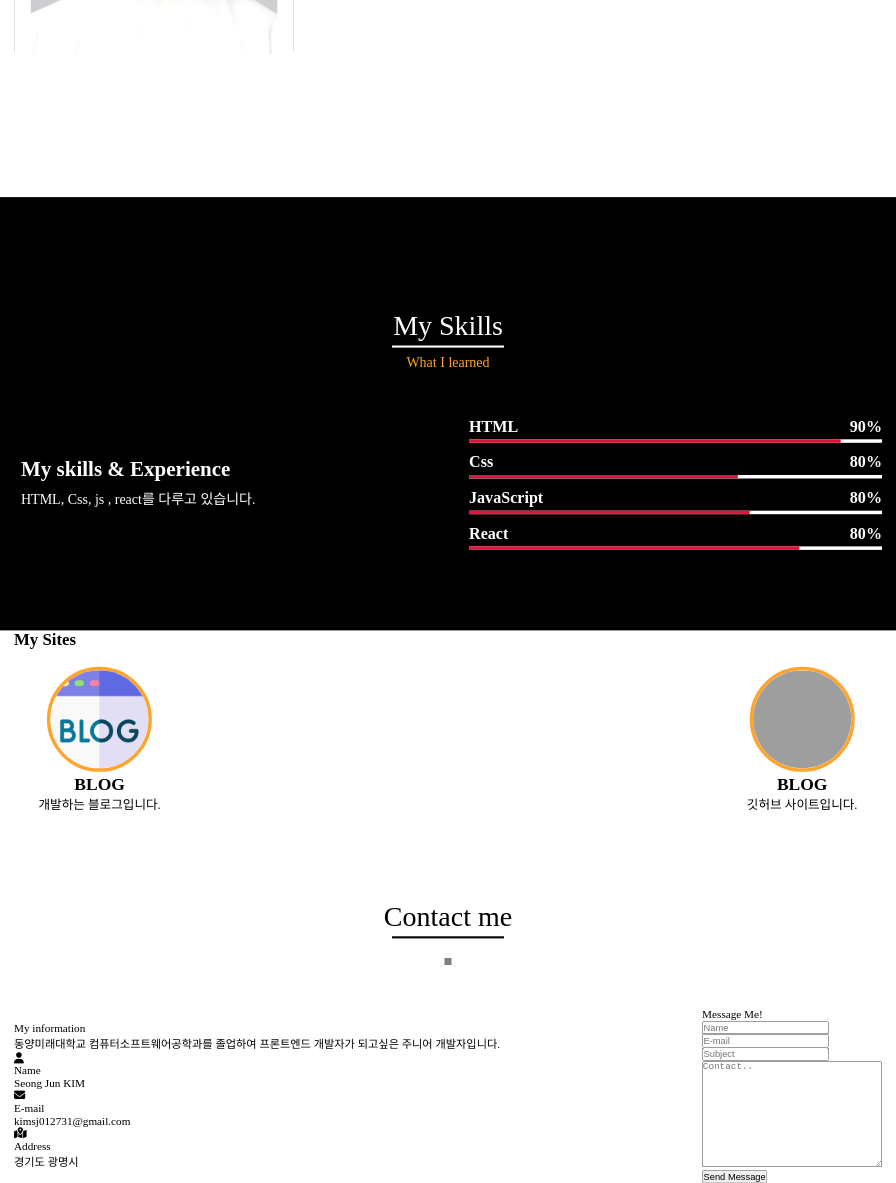
Repository: jun01270/jun
Page: index.html
The author's editor kept a copy of each file at every save. The page is drawn from the files as they stood at one save, then again after the next save.
The browser window is 1280 px wide. The pictures show the part of the page from y = 1402 to 3322 px (the page is 3092 px tall before and 3322 px after), at 70% of full size.
Pictures or frames that could not be fetched are drawn as grey boxes. Some web libraries are served in a nearby version.

Above is the page before, as saved 2023-05-10 17:08:16.

### index.html
<!DOCTYPE html>
<html lang="en">
  <head>
    <meta charset="UTF-8" />
    <meta http-equiv="X-UA-Compatible" content="IE=edge" />
    <meta name="viewport" content="width=device-width, initial-scale=1.0" />
    <link rel="stylesheet" href="./css/style.css" />
    <link rel="stylesheet" href="./css/home.css" />
    <link rel="stylesheet" href="./css/about.css" />
    <link rel="stylesheet" href="./css/skills.css" />
    <link rel="stylesheet" href="./css/mysites.css" />
    <link rel="stylesheet" href="./css/contact.css" />

    <script
      src="https://kit.fontawesome.com/252eac6dbf.js"
      crossorigin="anonymous"
    ></script>
    <title>Jun's site</title>
  </head>
  <body>
    <nav class="navbar">
      <div class="max-width">
        <div class="logo">
          <a href="#home">Jun's <span>Site</span></a>
        </div>
        <ul class="menu-bar">
          <li><a href="#home" class="menu-btn" id="homeID">Home</a></li>
          <li><a href="#about" class="menu-btn" id="homeID">About</a></li>
          <li><a href="#skills" class="menu-btn">Skills</a></li>
          <li><a href="#my-sites" class="menu-btn">My Sties</a></li>
          <li><a href="#contact" class="menu-btn">Contact</a></li>
        </ul>
      </div>
    </nav>

    <!--home섹션-->
    <section class="home" id="home">
      <div class="max-width">
        <div class="home-section">
          <div class="text-1">Hello! My Name is</div>
          <div class="text-2">Seong Jun KIM</div>
          <div class="text-3">My skills <span class="typing1">HTML</span></div>
        </div>
      </div>
    </section>

    <!--about섹션-->
    <section class="about" id="about">
      <div class="max-width">
        <h2 class="title">About</h2>
        <div class="about-content">
          <div class="left-column"><img src="./img/profile.jpg" /></div>
          <div class="right-column">
            <div class="about-text">I'm Seong Jun KIM</div>
            <div class="about-skills">
              My skills <span class="typing2">HTML</span>
            </div>
            <p>
              안녕하세요 프론트엔드 개발자를 꿈꾸는 주니어 개발자 김성준입니다.
            </p>
          </div>
        </div>
      </div>
    </section>

    <!--skills섹션-->
    <section class="skills" id="skills">
      <div class="max-width">
        <h2 class="title">My Skills</h2>
        <div class="skills-content">
          <div class="left-column">
            <div class="skills-text">
              <div class="sub-title">My skills & Experience</div>
              <p>HTML, Css, js , react를 다루고 있습니다.</p>
            </div>
          </div>
          <div class="right-column">
            <div class="bars">
              <div class="bars-content">
                <span>HTML</span>
                <span>90%</span>
              </div>
              <div class="line html"></div>
            </div>
            <div class="bars">
              <div class="bars-content">
                <span>Css</span>
                <span>80%</span>
              </div>
              <div class="line css"></div>
            </div>
            <div class="bars">
              <div class="bars-content">
                <span>JavaScript</span>
                <span>80%</span>
              </div>
              <div class="line js"></div>
            </div>
            <div class="bars">
              <div class="bars-content">
                <span>React</span>
                <span>80%</span>
              </div>
              <div class="line react"></div>
            </div>
          </div>
        </div>
      </div>
    </section>

    <!--My sties섹션-->
    <section class="my-sites">
      <div class="max-width">
        <h2 class="title">My Sites</h2>
        <div class="my-sites-content">
          <div class="left-column">
            <a href="https://web-jun.tistory.com/" target="_blank">
              <div class="site">
                <div class="site-images">
                  <img src="/img/blog.jpg" alt="" />
                  <div class="site-text">BLOG</div>
                  <p>개발하는 블로그입니다.</p>
                </div>
              </div>
            </a>
          </div>
          <div class="right-column">
            <a href="https://github.com/jun01270" target="_blank">
              <div class="site">
                <div class="site-images">
                  <img src="/img/github.jpg" alt="" />
                  <div class="site-text">BLOG</div>
                  <p>깃허브 사이트입니다.</p>
                </div>
              </div>
            </a>
          </div>
        </div>
      </div>
    </section>

    <!--Contact 섹션-->
    <section class="contact">
      <div class="max-width">
        <h2 class="title">Contact me</h2>
        <div class="contact-content">
          <div class="left-column">
            <div class="contact-text">My information</div>
            <p>
              동양미래대학교 컴퓨터소프트웨어공학과를 졸업하여 프론트엔드
              개발자가 되고싶은 주니어 개발자입니다.
            </p>
            <div class="icons-content">
              <i class="fas fa-user"></i>
              <div class="info">
                <div class="head">Name</div>
                <div class="tail">Seong Jun KIM</div>
              </div>
            </div>
            <div class="icons-content">
              <i class="fas fa-envelope"></i>
              <div class="info">
                <div class="head">E-mail</div>
                <div class="tail">kimsj012731@gmail.com</div>
              </div>
            </div>
            <div class="icons-content">
              <i class="fas fa-map-marked-alt"></i>
              <div class="info">
                <div class="head">Address</div>
                <div class="tail">경기도 광명시</div>
              </div>
            </div>
          </div>
          <div class="right-column">
            <div class="contact-text">Message Me!</div>
            <form action="#">
              <div class="fields">
                <div class="fields name">
                  <input type="text" placeholder="Name" />
                </div>
                <div class="fields Email">
                  <input type="email" placeholder="E-mail" />
                </div>
              </div>
              <div class="fields subject">
                <input type="text" placeholder="Subject" />
              </div>
              <div class="fields contact-area">
                <textarea
                  cols="30"
                  rows="10"
                  placeholder="Contact.. "
                  required
                ></textarea>
              </div>
              <div class="button">
                <button type="submit">Send Message</button>
              </div>
            </form>
          </div>
        </div>
      </div>
    </section>

    <!--Footer섹션-->
    <footer></footer>

    <!--JS섹션-->
  </body>
</html>

### css/style.css
@import url("https://fonts.googleapis.com/css2?family=Lora&display=swap");

* {
  margin: 0;
  padding: 0;
  box-sizing: border-box;
  text-decoration: none;
}

.home .about .skills .my-sites .contact {
  padding-top: 86px;
}

html {
  scroll-behavior: smooth;
}

.max-width {
  max-width: 1300px;
  padding: 0 20px;
  margin: auto;
}

.section {
  padding: 100px 0;
}

/* .about, .skills, .my-sites, .contact, .footer{
    //폰트삽입
} */

.about .title,
.skills .title,
.my-site .title,
.contact .title {
  position: relative;
  text-align: center;
  font-size: 40px;
  font-weight: 500;
  margin: 30px 0 100px 0;
  padding-bottom: 8px;
}

.about .title::before,
.skills .title::before,
.my-site .title::before,
.contact .title::before {
  content: "";
  position: absolute;
  bottom: 0px;
  left: 50%;
  width: 160px;
  height: 3px;
  background-color: black;
  transform: translateX(-50%);
}

.title::after {
  content: "";
  position: absolute;
  bottom: -38px;
  left: 50%;
  font-size: 20px;
  color: rgb(255, 164, 45);
  padding: 5px;
  background-color: gray;
  transform: translateX(-50%);
}

.about .about-content,
.skills .skills-content,
.my-sites .my-sites-content,
.contact .contact-content {
  display: flex;
  align-items: center;
  flex-wrap: wrap;
  justify-content: space-between;
}

.navbar {
  position: relative;
  width: 100%;
  padding: 20px 0;
  z-index: 999;
  transition: all 0.3s ease;
  background-color: burlywood;
}

.navbar .max-width {
  display: flex;
  align-items: center;
  justify-content: space-between;
}

.navbar .logo {
  font-size: 30px;
  font-weight: 600;
  margin-left: 20px;
  color: black;
}

.navbar .logo a {
  color: white;
  text-decoration: none;
}

.navbar .logo a span {
  color: orange;
  transition: all 0.3s ease;
}

.navbar .menu-bar li {
  list-style: none;
  margin: 5px 20px 0 0;
  display: inline-block;
}

.navbar .menu-bar li a {
  display: block;
  text-decoration: none;
  font-size: 20px;
  font-weight: 500;
  margin-left: 15px;
  transition: all 0.3s ease;
}

.menu-bar li:hover {
  background-color: orange;
  border-radius: 3px;
}

.navbar.sticky {
  padding: 20px 0;
  background-color: black;
}

.navbar.sticky .logo a span {
  color: white;
}

.navbar.sticky .menu-bar li a:hover {
  color: white;
}

.navbar .menu-btn {
  color: white;
  font-size: 25px;
  display: none;
  cursor: pointer;
}

@media screen and (max-width: 700px) {
  .navbar {
    flex-direction: column;
    align-items: flex-start;
    margin: 0;
  }

  .menu-bar {
    flex-direction: column;
    align-items: center;
    width: 100%;
  }

  .menu-bar li {
    width: 100%;
    text-align: center;
  }
}

### css/home.css
.home {
  display: flex;
  height: 100vh;
  min-height: 500px;
  color: white;
  background: url("../img/back.jpg") no-repeat center;
  background-size: cover;
}

.home .max-width {
  margin: auto 0 auto 40px;
}

.home .home-section .text1 {
  font-size: 30px;
}

.home .home-section .text2 {
  font-size: 75px;
  font-weight: 600;
}

.home .home-section .text-3 {
  font-size: 40px;
}

.home .home-section .text-3 span {
  color: orange;
  font-weight: 500;
}

### css/about.css
.about {
  padding: 100px 0;
  transition: all 0.3s ease;
}

.about .title::after {
  content: "Who I am";
  background-color: white;
}

.about .about-content {
  margin-bottom: 100px;
}

.about .about-content .left-column {
  width: 45%;
}

.about .about-content .left-column img {
  height: 400px;
  width: 400px;
  object-fit: cover;
  border-radius: 6px;
}

.about .about-content .right-column {
  width: 55%;
  margin-bottom: 50px;
}

.about .about-content .right-column .about-text,
.about .about-content .right-column .about-skills {
  font-size: 30px;
  font-weight: 600;
  margin-bottom: 10px;
}

.about .about-content .right-column .about-skills span {
  color: orange;
}

.about .about-content .right-column P {
  text-align: justify;
  font-size: 20px;
}

### css/skills.css
.skills {
  padding: 100px 0;
  transition: all 0.3s ease;
}

.skills .title {
  padding-top: 30px;
}

.skills .title::before {
  background-color: white;
}

.skills .title::after {
  content: "What I learned";
  background-color: black;
}

.skills {
  color: white;
  background-color: black;
  padding-bottom: 100px;
}

.skills .sub-title {
  font-size: 30px;
  font-weight: 600;
  padding-bottom: 10px;
}

.skills .skills-content .left-column,
.skills .skills-content .right-column {
  width: calc(50% - 30px);
}

.skills .skills-content .left-column .skills-text {
  font-size: 23px;
  font-weight: 300;
  margin: 0 0 20px 10px;
  text-align: justify;
}

.skills .skills-content .left-column p {
  font-size: 20px;
}

.skills .skills-content .right-column .bars {
  margin-bottom: 15px;
}

.skills .skills-content .right-column .bars-content {
  display: flex;
  margin-bottom: 5px;
  align-items: center;
  justify-content: space-between;
}

.skills .skills-content span {
  font-size: 23px;
  font-weight: 600;
}

.skills .skills-content .right-column .line {
  height: 5px;
  background-color: white;
  width: 100%;
  position: relative;
}

.skills .skills-content .right-column .line::before {
  content: "";
  position: absolute;
  height: 100%;
  left: 0;
  top: 0;
  background-color: crimson;
}

.skills .skills-content .right-column .html::before {
  width: 90%;
}

.skills .skills-content .right-column .css::before {
  width: 65%;
}

.skills .skills-content .right-column .js::before {
  width: 68%;
}

.skills .skills-content .right-column .react::before {
  width: 80%;
}

### css/mysites.css
.my-sites {
  padding: 100 0;
  transition: all 0.3s ease;
}

.my-sites .title::after {
  content: "What Is My Site ";
}

.my-sites .my-sites-content {
  margin-bottom: 100px;
}

.my-sites .my-sites-content .left {
  width: 32%;
}

.my-sites .my-sites-content .center {
  width: 32%;
}

.my-sites .my-sites-content .right {
  width: 32%;
}

.my-sites .my-sites-content a {
  display: flex;
  text-align: center;
  color: black;
}

.my-sites .my-sites-content a,
.my-sites .my-sites-content a:visited,
.my-sites .my-sites-content a:active,
.my-sites .my-sites-content a:hover {
  text-decoration: none;
}

.my-sites .my-sites-content .site {
  background-color: white;
  border-radius: 6px;
  padding: 25px 35px;
  transition: all 0.3s ease;
}

.my-sites .my-sites-content .site img {
  height: 150px;
  width: 150px;
  object-fit: cover;
  border-radius: 50%;
  border: 5px solid rgb(255, 164, 45);
  transition: all 0.3 ease;
}

.my-sites .my-sites-content .site-text {
  font-size: 25px;
  font-weight: 600;
}

.my-sites .my-sites-content p {
  font-size: 18px;
  text-align: justify;
}

.my-sites .my-sites-content .site:hover {
  background-color: rgb(25, 8, 53);
  color: white;
  transform: scale(1.05);
}

.my-sites .my-sites-content .site:hover img {
  border-color: white;
}

Loaded but not shown: css/contact.css (no stored copy; drawn as an empty file)

After the next save:
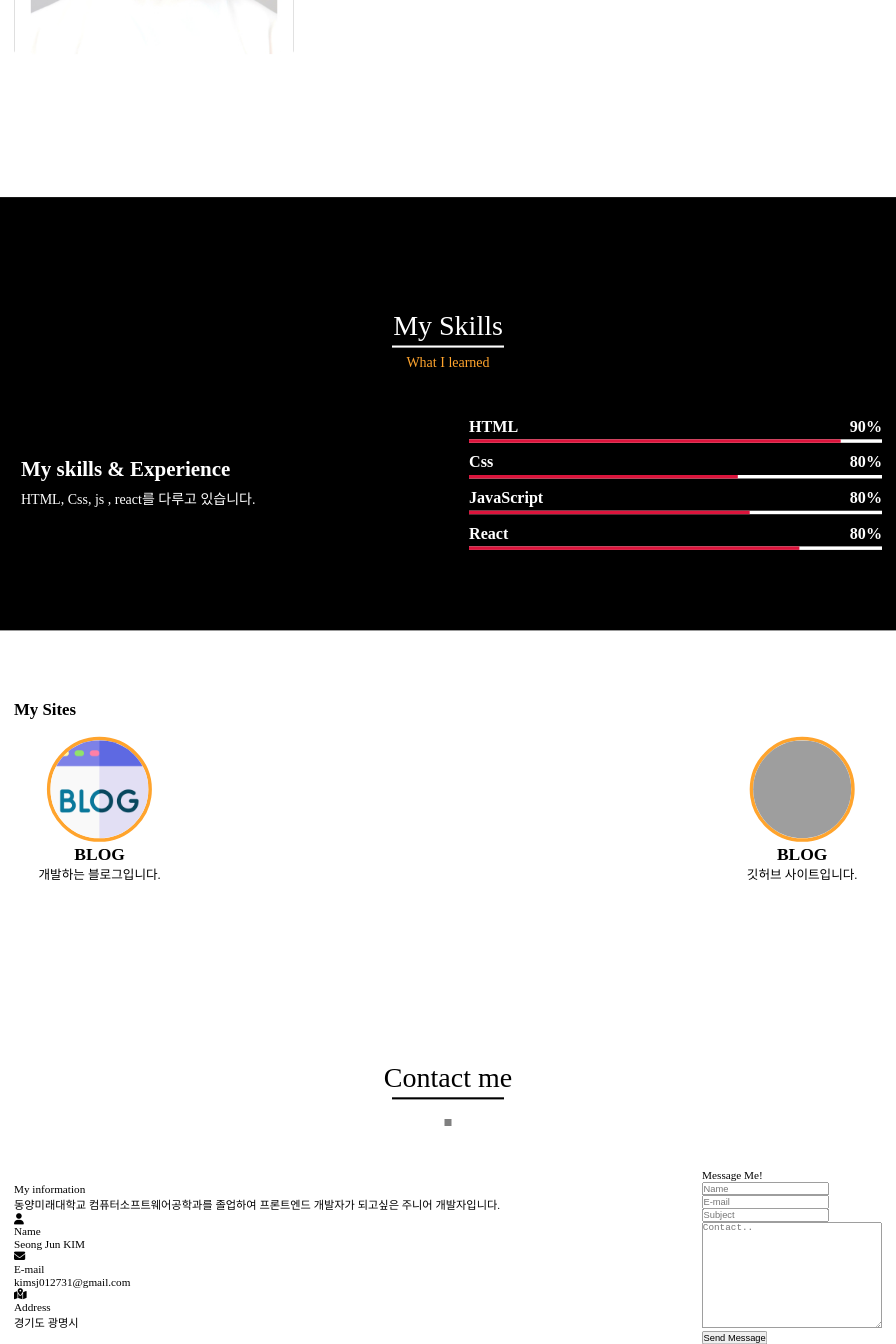
Saved 6 s later.
--- a/css/mysites.css
+++ b/css/mysites.css
@@ -1,5 +1,5 @@
 .my-sites {
-  padding: 100 0;
+  padding: 100px 0;
   transition: all 0.3s ease;
 }
 
